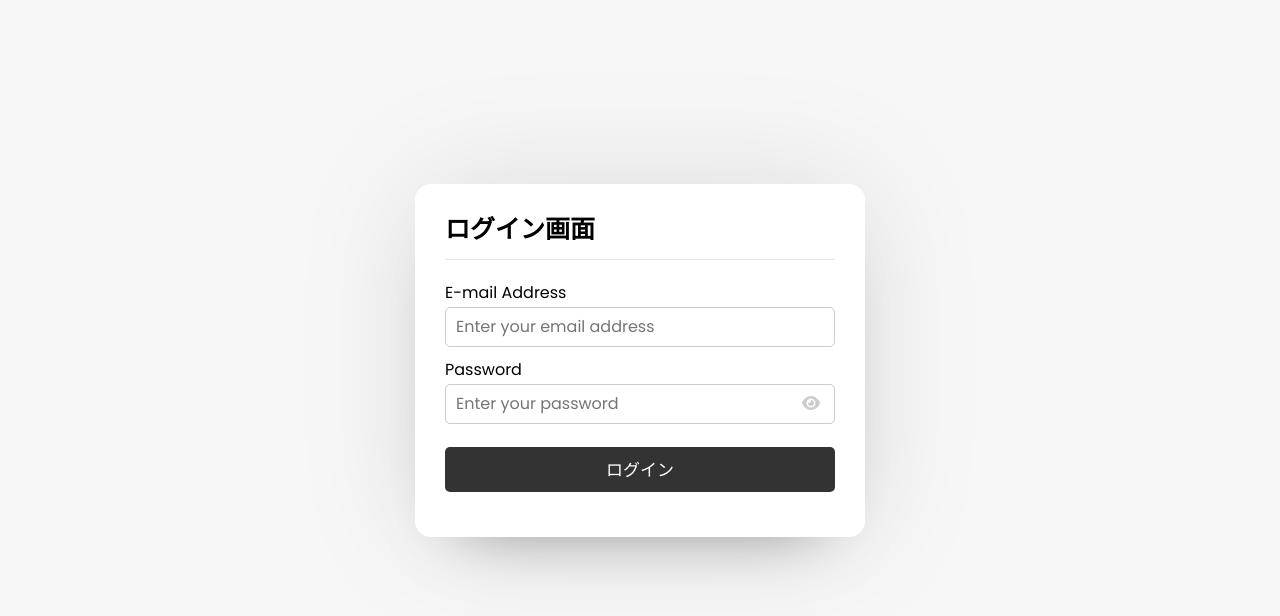
Repository: posse-ap/teamdev-2023-posse1-team3C
Page: http://localhost/client/auth/signin.php
These files come from the project's save history. The page is drawn as it stood at one moment and after the next save; the edit follows.
The browser window is 1280 px wide. The pictures show the whole page.
Some web libraries are served in a nearby version. The page is run by PHP 8.4 with error messages shown; the project is at /var/www/html/.

Above is the page before, as saved 2023-04-19 18:07:43.

### src/client/auth/signin.php
<!DOCTYPE html>
<html lang="ja">
<head>
  <meta charset="UTF-8">
  <meta http-equiv="X-UA-Compatible" content="IE=edge">
  <meta name="viewport" content="width=device-width, initial-scale=1.0">
  <link rel="stylesheet" href="../assets/styles/login-signup.css">
  <script src="https://cdn.jsdelivr.net/npm/swiper@9/swiper-bundle.min.js"></script>
  <!-- fontawesome読み込み -->
  <script src="https://kit.fontawesome.com/b4c9445cdc.js" crossorigin="anonymous" defer></script>
  <!-- jquery読み込み -->
  <script src="https://code.jquery.com/jquery-3.4.1.min.js" integrity="sha256-CSXorXvZcTkaix6Yvo6HppcZGetbYMGWSFlBw8HfCJo=" crossorigin="anonymous" defer></script>
  <title>client画面ログインページ</title>
</head>
<body>
  <div class="wrapper">
    <section class="form login">
      <header>ログイン画面</header>
      <form action="#">
        <div class="error-text"></div>
          <div class="field input">
            <label for="">E-mail Address</label>
            <input type="text" name="email" placeholder="Enter your email address">
          </div>
          <div class="field input">
            <label for="">Password</label>
            <input type="password" name="password"placeholder="Enter your password">
            <i class="fa-solid fa-eye"></i>
          </div>
          <div class="field button">
            <input type="submit" value="ログイン">
          </div>
      </form>
    </section>
  </div>
  <script src="../assets/scripts/auth/pass-show-hide.js"></script>
</body>
</html>

### src/client/assets/styles/login-signup.css
@import url('https://fonts.googleapis.com/css2?family=Poppins:wght@200;300;400;500;600;700&display=swap');

*{
  margin: 0;
  padding: 0;
  box-sizing: border-box;
  text-decoration: none;
  font-family: 'Poppins', sans-serif;
}
img {
  width: 60px;
  height: 60px;
}
body{
  display: flex;
  align-items: center;
  justify-content: center;
  min-height: 100vh;
  background: #f7f7f7;
  padding: 0 10px;
}
.wrapper{
  background: #fff;
  max-width: 450px;
  width: 100%;
  border-radius: 16px;
  box-shadow: 0 0 128px 0 rgba(0,0,0,0.1),
              0 32px 64px -48px rgba(0,0,0,0.5);
}
/* Login & Signup Form CSS Start */
.form{
  padding: 25px 30px;
}
.form header{
  font-size: 25px;
  font-weight: 600;
  padding-bottom: 10px;
  border-bottom: 1px solid #e6e6e6;
}
.form form{
  margin: 20px 0;
}
.form form .error-text{
  color: #721c24;
  padding: 8px 10px;
  text-align: center;
  border-radius: 5px;
  background: #f8d7da;
  border: 1px solid #f5c6cb;
  margin-bottom: 10px;
  display: none;
}
.form form .name-details{
  display: flex;
}
.form .name-details .field:first-child{
  margin-right: 10px;
}
.form .name-details .field:last-child{
  margin-left: 10px;
}
.form form .field{
  display: flex;
  margin-bottom: 10px;
  flex-direction: column;
  position: relative;
}
.form form .field label{
  margin-bottom: 2px;
}
.form form .input input{
  height: 40px;
  width: 100%;
  font-size: 16px;
  padding: 0 10px;
  border-radius: 5px;
  border: 1px solid #ccc;
}
.form form .field input{
  outline: none;
}
.form form .image input{
  font-size: 17px;
}
.form form .button input{
  height: 45px;
  border: none;
  color: #fff;
  font-size: 17px;
  background: #333;
  border-radius: 5px;
  cursor: pointer;
  margin-top: 13px;
}
.form form .field i{
  position: absolute;
  right: 15px;
  top: 70%;
  color: #ccc;
  cursor: pointer;
  transform: translateY(-50%);
}
.form form .field i.active::before{
  color: #333;
  content: "\f070";
}
.form .link{
  text-align: center;
  margin: 10px 0;
  font-size: 17px;
}
.form .link a{
  color: #333;
}
.form .link a:hover{
  text-decoration: underline;
}

### src/client/assets/scripts/auth/pass-show-hide.js
/*===========================================================*/
/*パスワードの目隠し*/
/*===========================================================*/
const pswrdField = document.querySelector(".form .field input[type='password']"),
togglebutton = document.querySelector(".form .fa-solid.fa-eye")
// .formの中の.fieldのinputのtype=がpasswordになってるやつ

togglebutton.onclick = ()=>{
  if (pswrdField.type == "password"){
    pswrdField.type = "text";
    togglebutton.classList.add("active");
  }else{
    pswrdField.type = "password";
    togglebutton.classList.remove("active");
  }
}

After the next save:
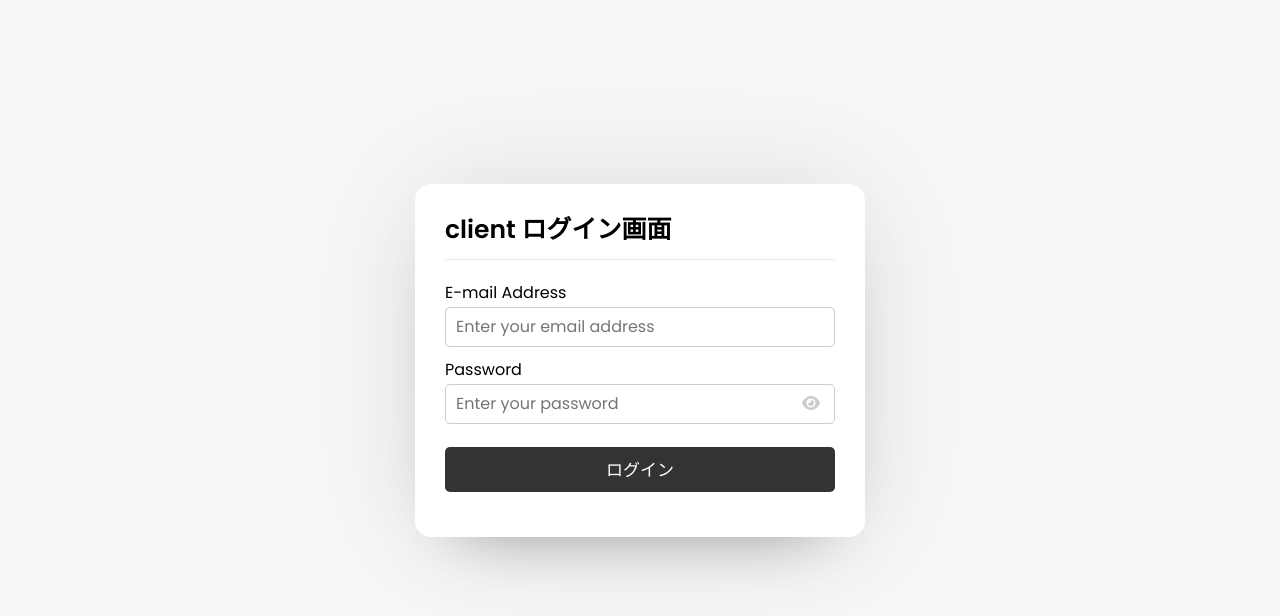
Saved 50 s later.
--- a/src/client/auth/signin.php
+++ b/src/client/auth/signin.php
@@ -15,7 +15,7 @@
 <body>
   <div class="wrapper">
     <section class="form login">
-      <header>ログイン画面</header>
+      <header>client ログイン画面</header>
       <form action="#">
         <div class="error-text"></div>
           <div class="field input">
